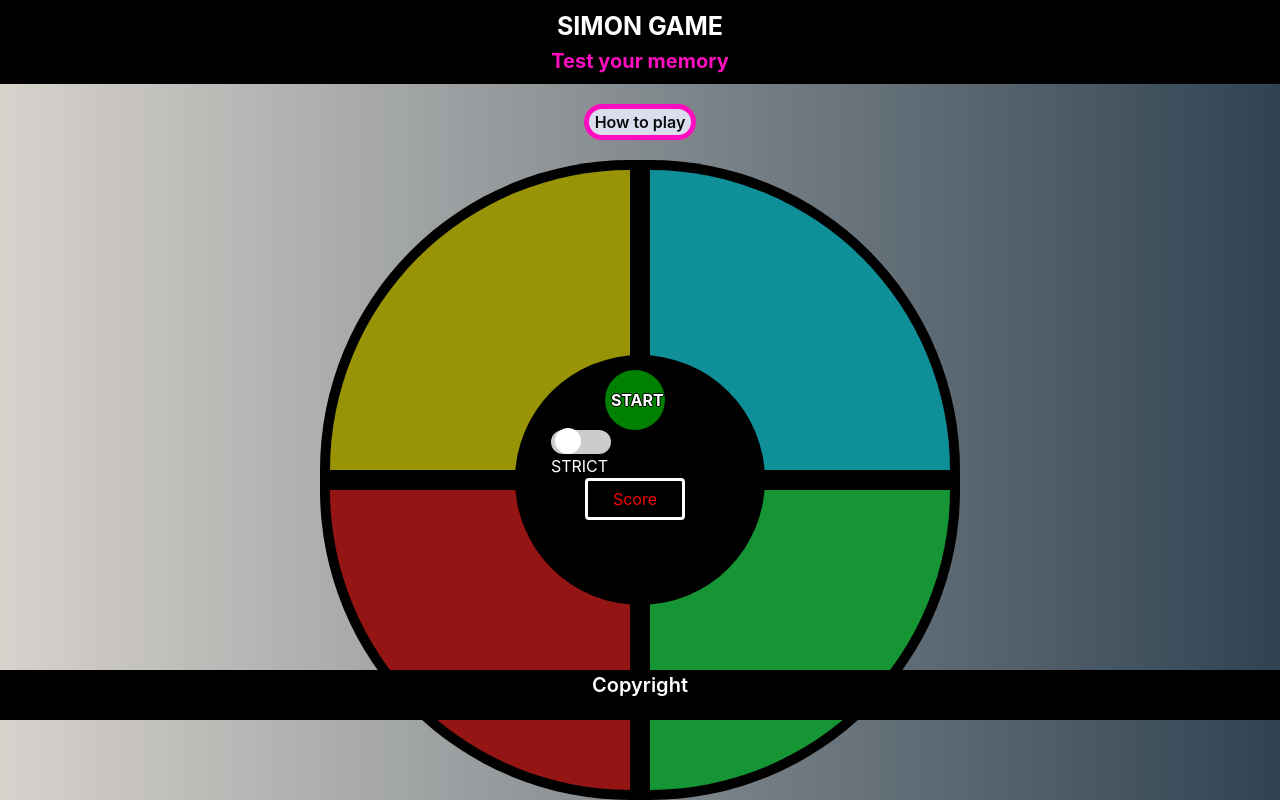
Repository: murphya14/Simon-game
Page: index.html
The author's editor kept a record of every edit. The page is drawn from the files as they stood at one moment, then again after the next edit.
The browser window is 1280 px wide. The pictures show the whole page.

Above is the page before.
Console error: TypeError: Cannot read properties of null (reading 'addEventListener')

After the next edit:
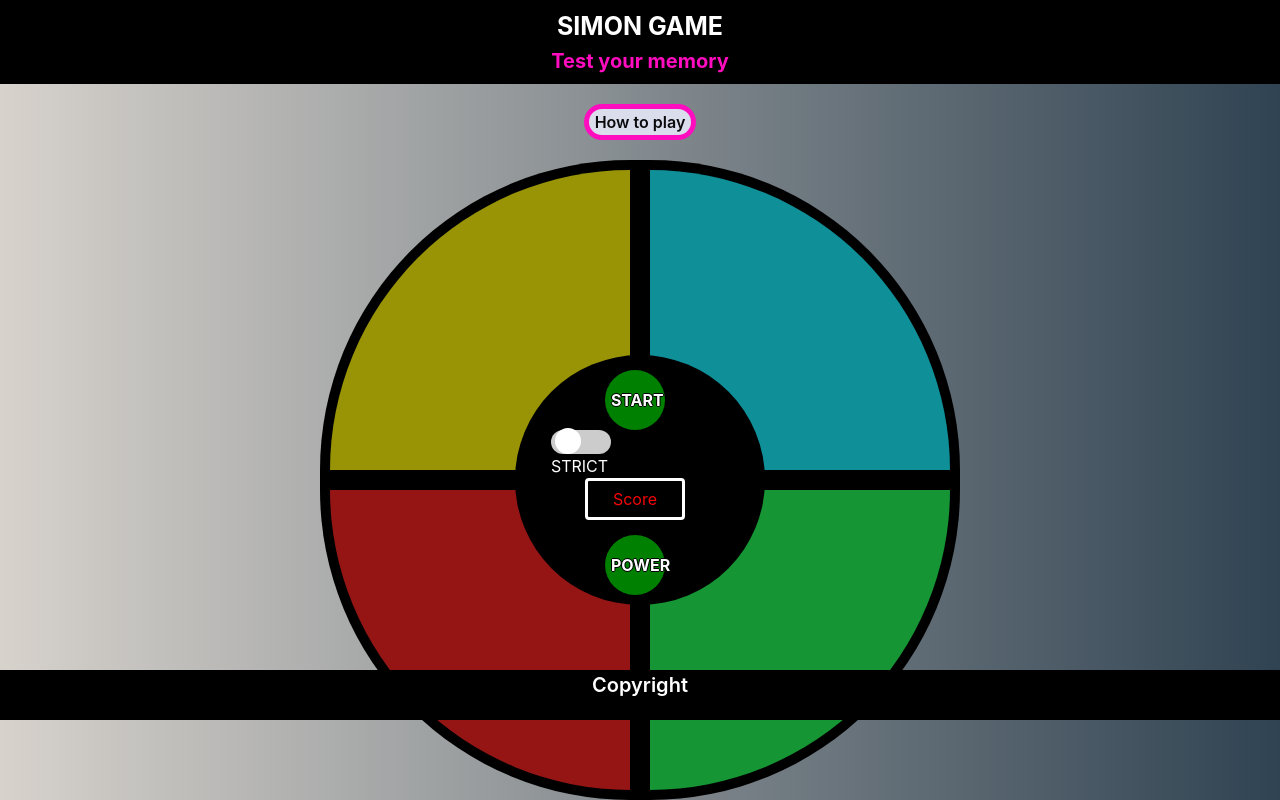
The error is gone.
The edit:
--- a/index.html
+++ b/index.html
@@ -102,6 +102,8 @@
 
                     <button class="btn" type="button" id="counter" id="on" onclick="counter()">Score</button>
 
+                     <button class="center start-button" id="on" >Power</button>
+
                     </div>
 
                 </div>
